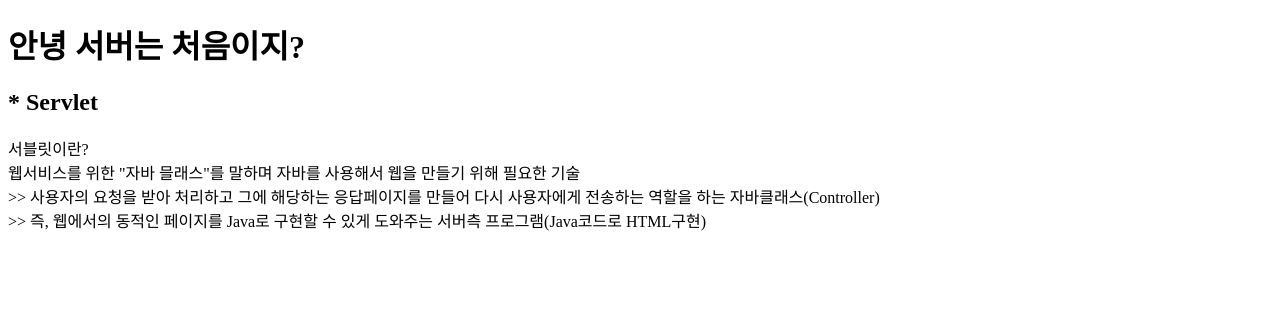
Repository: seunghee971015/Server_Work
Page: Servlet01/src/main/webapp/index.html
An editor plug-in stored every save of this project. The page is shown before and after the next save, followed by the edit.
The browser window is 1280 px wide. The pictures show the whole page.

Above is the page before, as saved 2023-10-11 00:34:36.

After the next save:
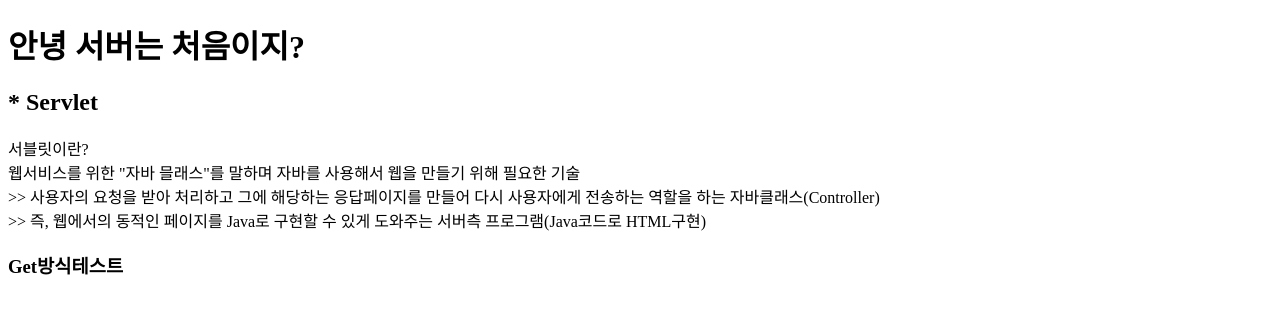
Saved 30 s later.
--- a/Servlet01/src/main/webapp/index.html
+++ b/Servlet01/src/main/webapp/index.html
@@ -15,7 +15,7 @@
 		>> 즉, 웹에서의 동적인 페이지를 Java로 구현할 수 있게 도와주는 서버측 프로그램(Java코드로 HTML구현)
 	<p>
 
-	<h3><a>
+	<h3><a>Get방식테스트</a<h3/>
 
 </body>
 </html>
